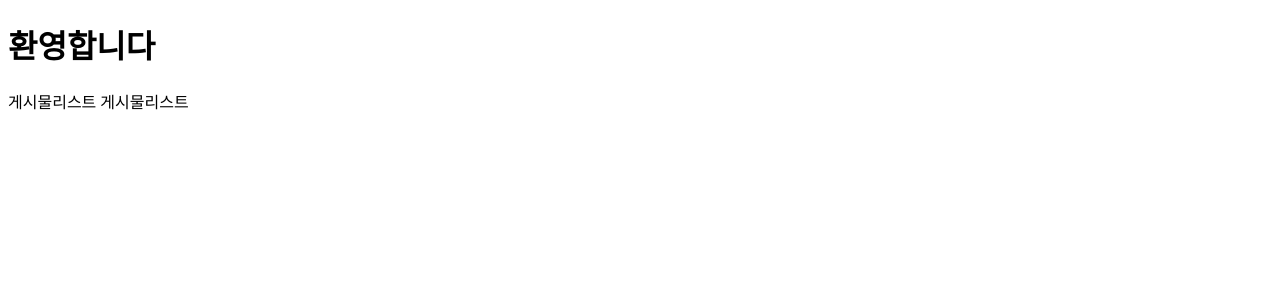
Repository: zmfhd1/Web
Page: boardtest/WebContent/boardstart.html
These files come from the project's save history. The page is drawn as it stood at one moment and after the next save; the edit follows.
The browser window is 1280 px wide. The pictures show the whole page.

Above is the page before, as saved 2021-08-23 00:34:01.

### boardtest/WebContent/boardstart.html
<!DOCTYPE html>
<html>
<head>
<meta charset="UTF-8">
<title>Insert title here</title>
</head>
<body>
<h1>환영합니다</h1>
<a href"boardlist.html">게시물리스트</a>
<a href"boardwrite.html">게시물리스트</a>
</body>
</html>

After the next save:
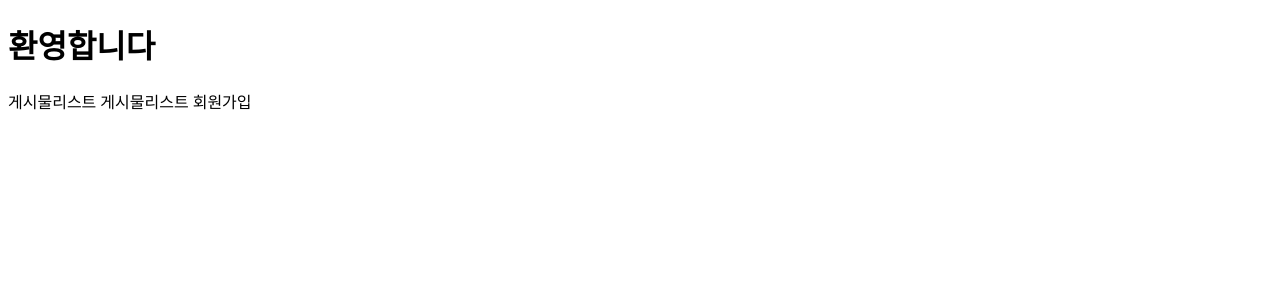
Saved 63 s later.
--- a/boardtest/WebContent/boardstart.html
+++ b/boardtest/WebContent/boardstart.html
@@ -8,5 +8,6 @@
 <h1>환영합니다</h1>
 <a href"boardlist.html">게시물리스트</a>
 <a href"boardwrite.html">게시물리스트</a>
+<a href"www.google.com">회원가입</a>
 </body>
 </html>
